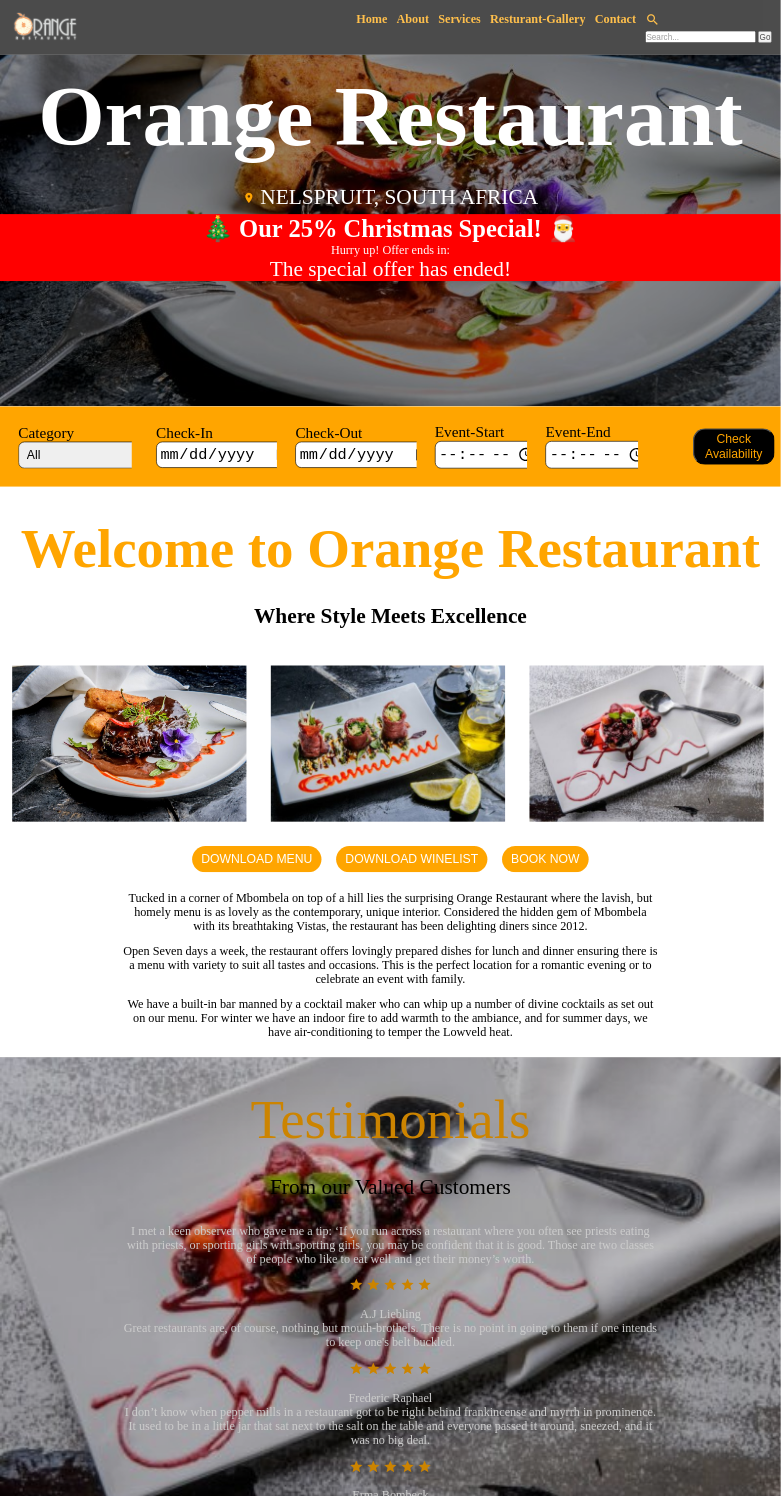
Repository: KaraboM20/KaraboUpdatedProjectOrang-Rest
Page: index.html
These files come from the project's save history. The page is drawn as it stood at one moment and after a run of saves; the edit follows.
The browser window is 1280 px wide. The pictures show the whole page, at 61% of full size.

Above is the page before, as saved 2025-01-31 13:47:36.

After the next 2 saves:
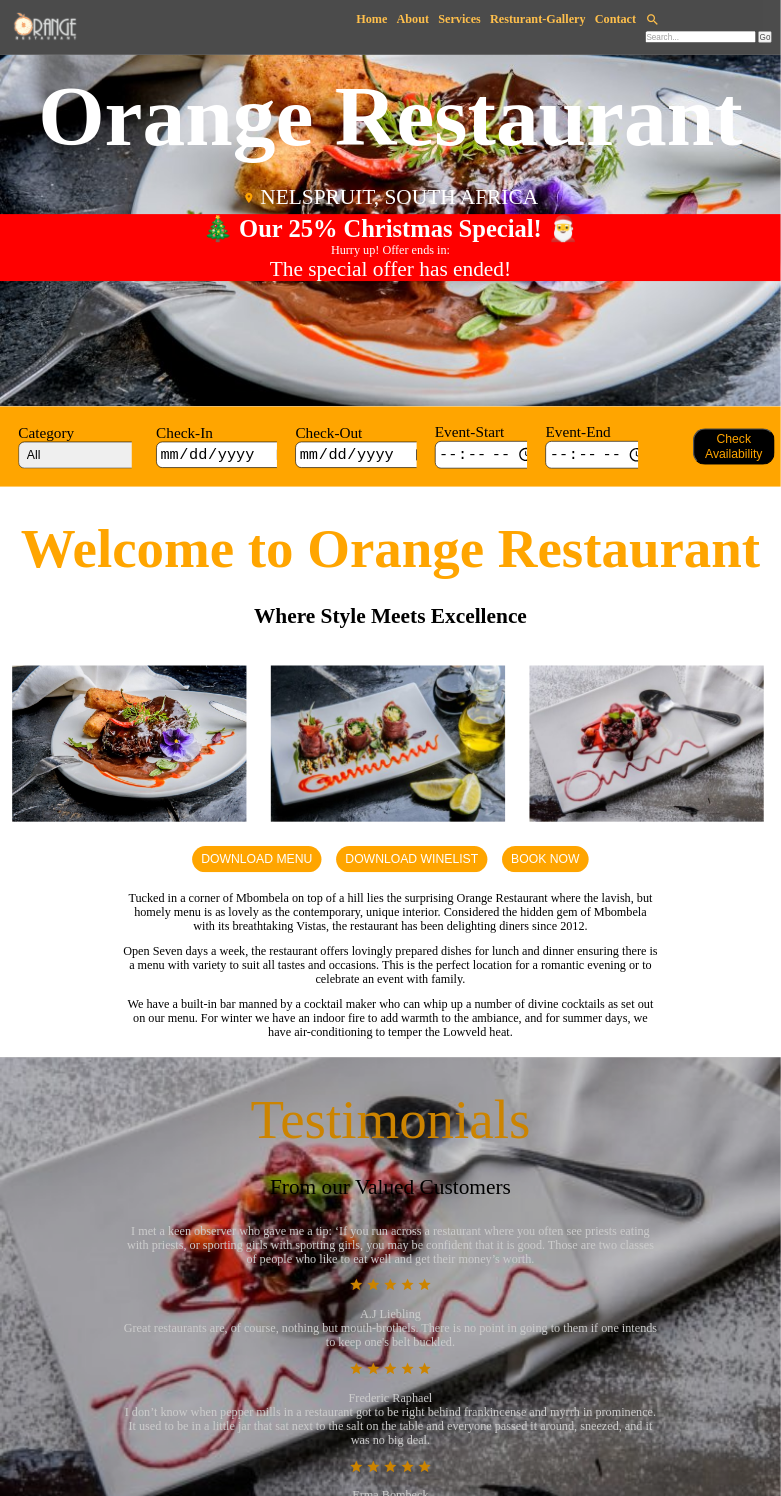
The 2 saves are shown as one change because they came seconds apart.
The last was saved 7 s later.
--- a/style.css
+++ b/style.css
@@ -49,6 +49,8 @@
 
 }
 
+button
+
 .overlay {
     z-index: -1;
     height: 100%;

After the save that followed:
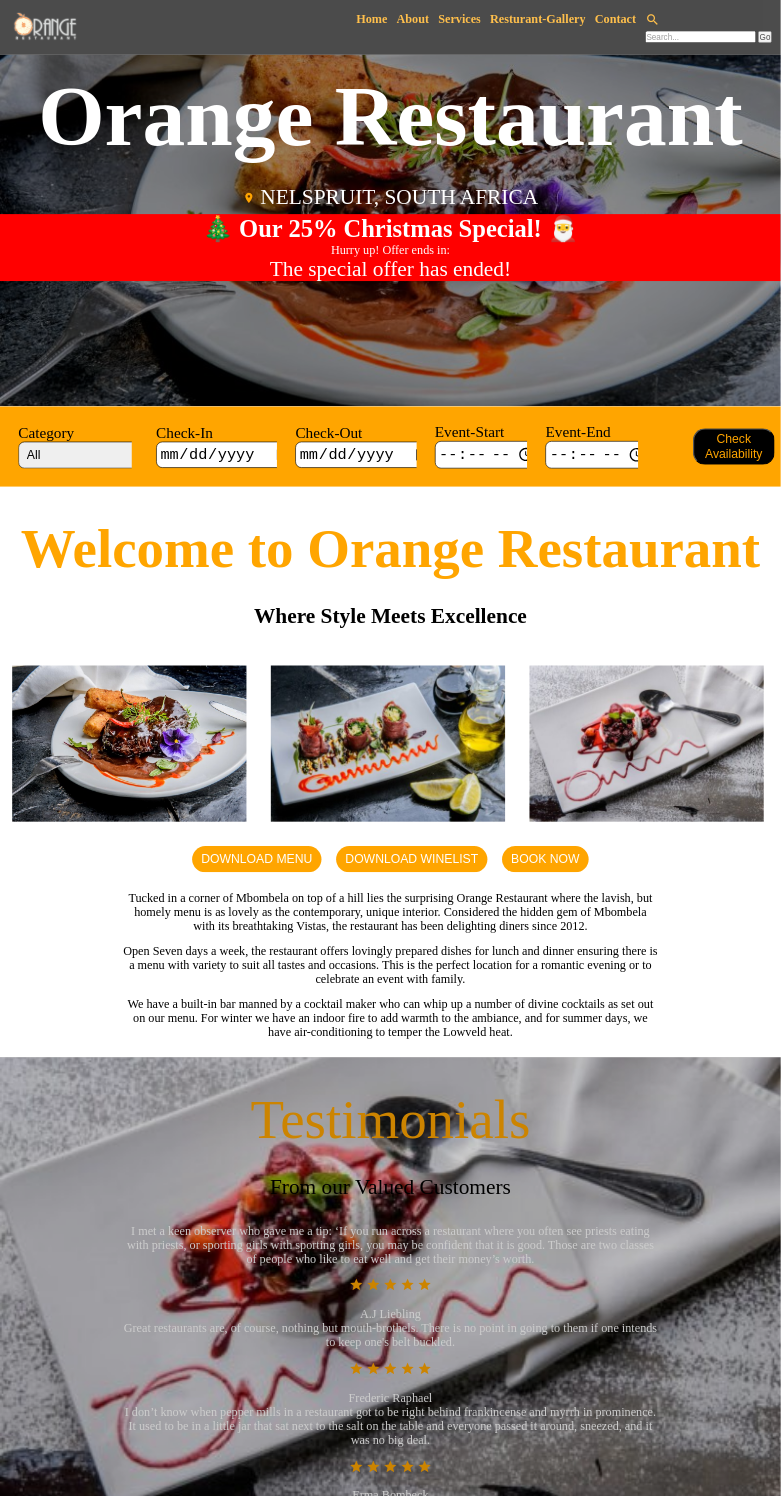
Saved 8 s later.
--- a/style.css
+++ b/style.css
@@ -49,7 +49,9 @@
 
 }
 
-button
+.button-go {
+
+}
 
 .overlay {
     z-index: -1;
